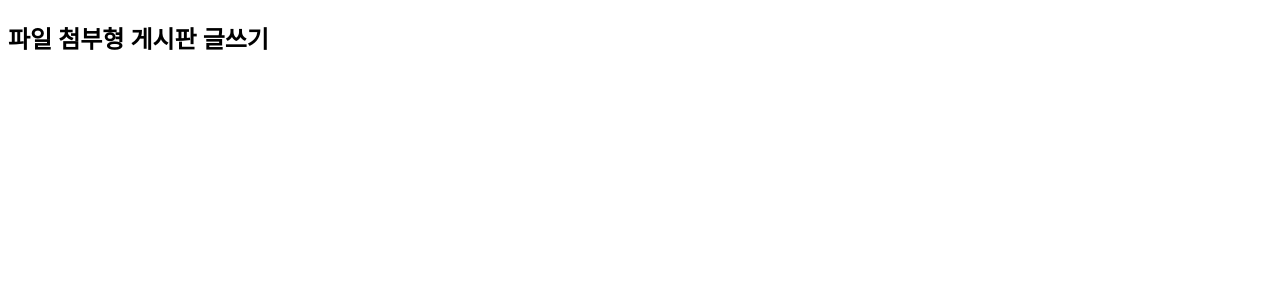
Repository: parkho96/testnum2
Page: http://localhost/jspstudy/m2board/write.do
The author's editor kept a copy of each file at every save. The page is drawn from the files as they stood at one save, then again after the next save.
The browser window is 1280 px wide. The pictures show the whole page.
The page is served by Tomcat 9. Other server files are loaded and not shown.

Above is the page before, as saved 2023-04-12 05:43:58.

### workjsp/jspstudy/src/main/webapp/14M2Board/Write.jsp
<%@ page language="java" contentType="text/html; charset=UTF-8"
    pageEncoding="UTF-8"%>
<!DOCTYPE html>
<html>
<head>
<meta charset="UTF-8">
<title>자료 게시판</title>
</head>
<body>
	<h2>파일 첨부형 게시판 글쓰기</h2>
	<form action="../m2board/write.do" method="post">

	</form>
</body>
</html>

### workjsp/jspstudy/src/main/java/m2board/WriteController.java
package m2board;

import java.io.File;
import java.io.IOException;
import java.text.SimpleDateFormat;
import java.util.Date;

import javax.servlet.ServletContext;
import javax.servlet.ServletException;
import javax.servlet.http.HttpServlet;
import javax.servlet.http.HttpServletRequest;
import javax.servlet.http.HttpServletResponse;

import com.oreilly.servlet.MultipartRequest;

import utils.AlertFunc;
import utils.FileUtil;

public class WriteController extends HttpServlet
{
	@Override
	protected void doGet(HttpServletRequest req, HttpServletResponse resp) throws ServletException, IOException {
		req.getRequestDispatcher("/14M2Board/Write.jsp").forward(req, resp);
	}


	@Override
	protected void doPost(HttpServletRequest req, HttpServletResponse resp) throws ServletException, IOException {
		//  파일 업로드 처리
		// >업로드 디렉토리의 물리적 경로 확인
		String saveDirectory = req.getServletContext().getRealPath("/Storage");
		//  파일 업로드를 위한 기본 정보
		ServletContext application = getServletContext();
		int maxPostSize = Integer.parseInt(application.getInitParameter("maxPostSize"));
		// >파일 업로드
		MultipartRequest mr = FileUtil.uploadFile(req, saveDirectory, maxPostSize);
		if(mr==null)
		{
			//파일 업로드 실패하면
			AlertFunc.alertLocation(resp,"첨부 파일이 업로드 되지 않았습니다." , "../m2board/write.do");
			return;
		}

		//DB 정보 저장
		//폼값을 DTO 저장
		MBoardDTO dto = new MBoardDTO();
		dto.setName(mr.getParameter("name"));
		dto.setTitle(mr.getParameter("title"));
		dto.setContent(mr.getParameter("content"));
		dto.setPass(mr.getParameter("pass"));

		//원본 파일명과 수정된 파일명
		String filename = mr.getFilesystemName("ofile");
		if(filename!=null)
		{
			// 새 파일 명 생성
			String nfname = new SimpleDateFormat("yyyyMMdd_HmsS").format(new Date());
			String ext = filename.substring(filename.lastIndexOf("."));
			String newFileName = nfname+ext;

			// 파일명 변경
			File oldFile = new File(saveDirectory+File.separator+filename);
			File newFile = new File(saveDirectory+File.separator+newFileName);
			oldFile.renameTo(newFile);
			// 원래 파일 이름
			dto.setOfile(filename);
			// 서버에 저장된 파일 이름
			dto.setNfile(newFileName);
		}

		//DAO를 통해 DB에 내용저장
		MBoardDAO dao = new MBoardDAO();
		int result = dao.insertWrite(dto);
		dao.close();

		//성공여부
		if(result==1) // 성공
		{
			resp.sendRedirect("../m2board/list.do");
		}
		else
		{
			resp.sendRedirect("../m2board/write.do");
		}


	}
}

After the next save:
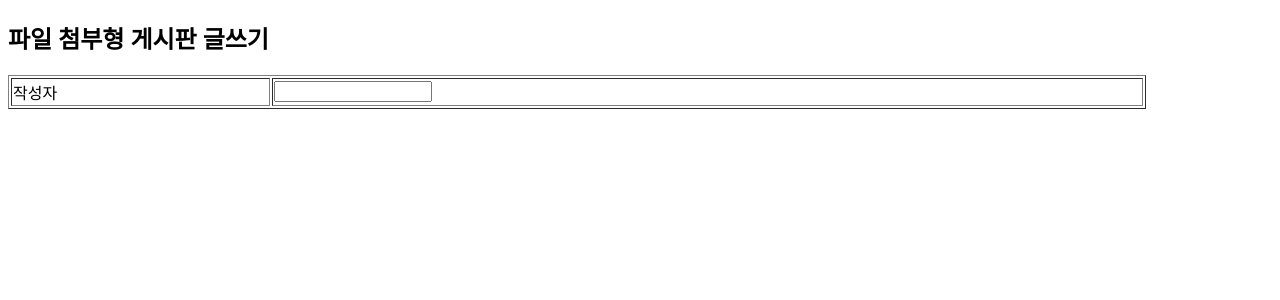
Saved 113 s later.
--- a/workjsp/jspstudy/src/main/webapp/14M2Board/Write.jsp
+++ b/workjsp/jspstudy/src/main/webapp/14M2Board/Write.jsp
@@ -8,8 +8,16 @@
 </head>
 <body>
 	<h2>파일 첨부형 게시판 글쓰기</h2>
-	<form action="../m2board/write.do" method="post">
-
+	<form action="../m2board/write.do" method="post" name=writeForm
+		enctype="multipart/form-data">
+		<table border="1" width="90%">
+			<tr>
+				<td>작성자</td>
+				<td>
+					<input type="text" name="name" style="width:150px;"/>
+				</td>
+			</tr>
+		</table>
 	</form>
 </body>
 </html>
